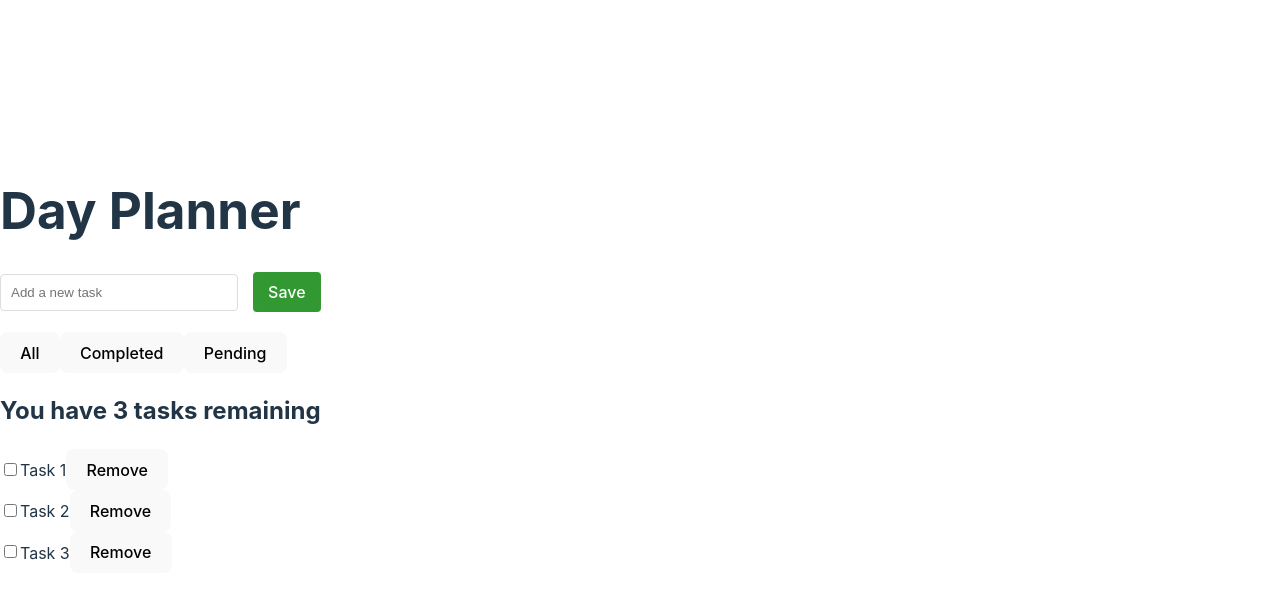
Repository: GavinPahal/Lab7
Page: /
These files come from the project's save history. The page is drawn as it stood at one moment and after the next save; the edit follows.
The browser window is 1280 px wide. The pictures show the whole page.
The pointer rests on the first visible `.task-form button`.
The project was rebuilt for these pictures with package versions that can differ from the ones it lists, and the page was loaded fresh each time. Also part of the build but not shown: vite.config.js.

Above is the page before, as saved 2024-10-28 14:11:02.

After the next save:
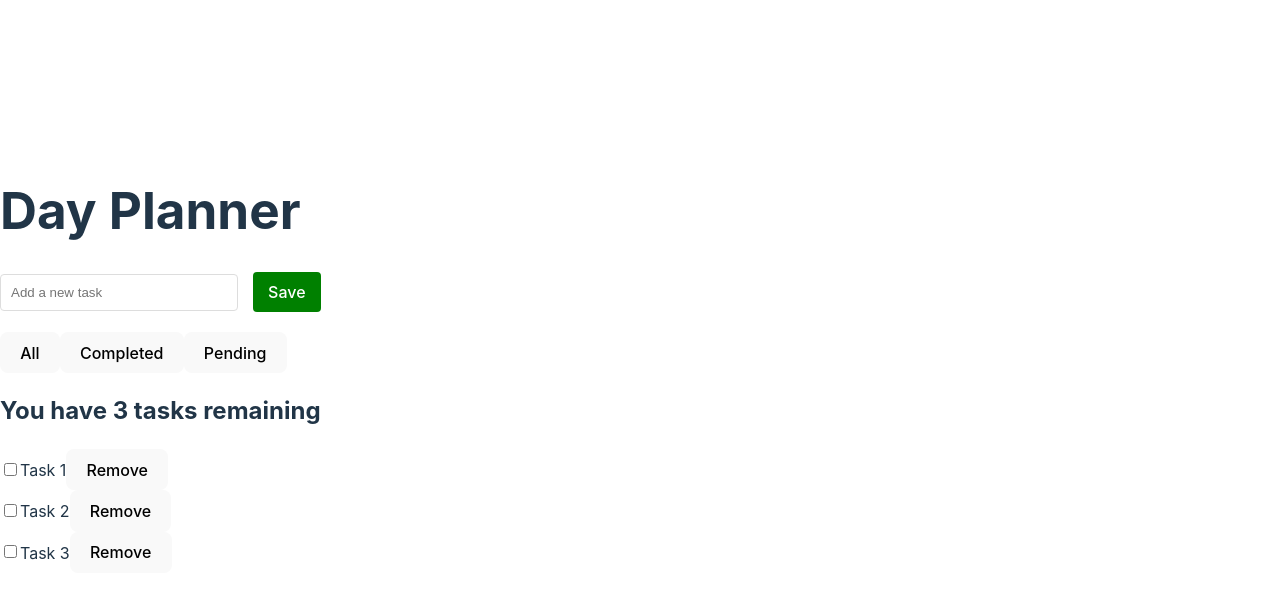
Saved 9 min 54 s later.
--- a/src/App.css
+++ b/src/App.css
@@ -20,7 +20,3 @@
   cursor: pointer; /* Pointer cursor on hover */
   border-radius: 4px; /* Rounded corners */
 }
-
-.task-form button:hover {
-  opacity: 0.8; /* Slightly dim when hovered */
-}
